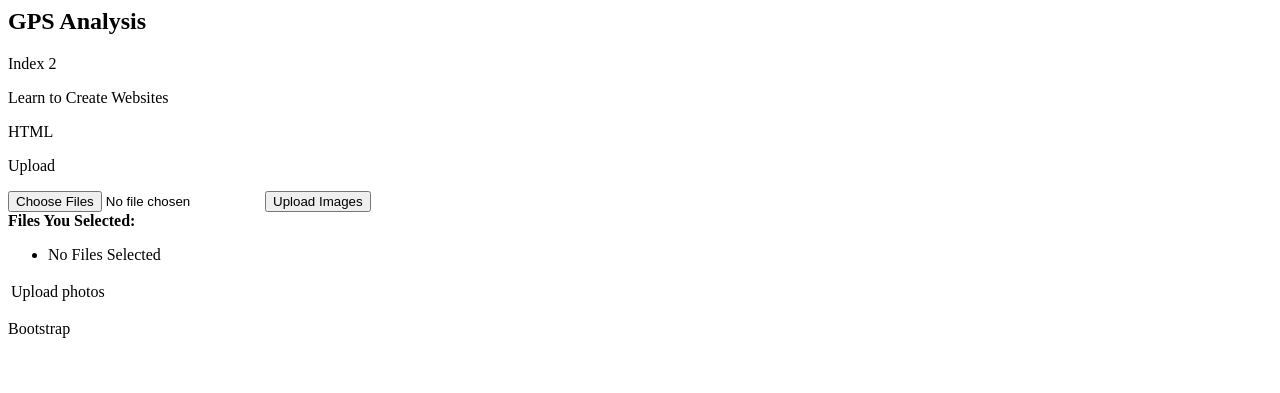
Repository: hanjangchen/Raspberry
Page: prjGAEGPSAnalysis/prjGPSAnalysis/src/static/my_ng_templates/desktop/index_2.html
The author's editor kept a copy of each file at every save. The page is drawn from the files as they stood at one save, then again after the next save.
The browser window is 1280 px wide. The pictures show the whole page.

Above is the page before, as saved 2014-10-31 03:28:23.
Console error: ReferenceError: $ is not defined

After the next save:
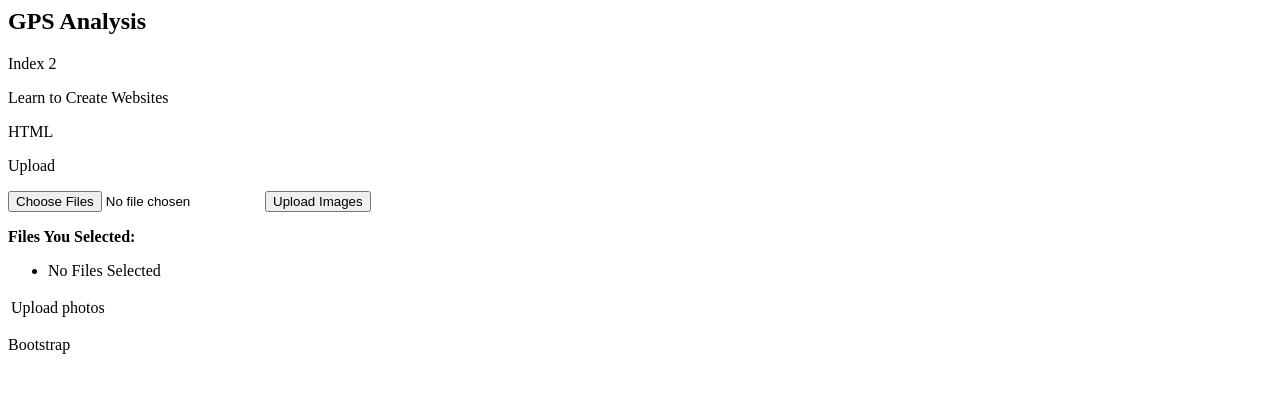
Saved 4 min 9 s later.
--- a/prjGAEGPSAnalysis/prjGPSAnalysis/src/static/my_ng_templates/desktop/index_2.html
+++ b/prjGAEGPSAnalysis/prjGPSAnalysis/src/static/my_ng_templates/desktop/index_2.html
@@ -18,13 +18,13 @@
 		<div class="col-xs-4 col-sm-4 col-md-4 col-lg-4">
 			<p>Upload</p>
 
-			<section>
+			<form action="/base/upload_img">
 
 				<input type="file" id="images_for_upload" name="images_for_upload"
 					multiple="true" value="Add Images" accept="image/*"
 					required="required"> <input type="submit"
 					value="Upload Images">
-			</section>
+			</form>
 			<section>
 				<strong>Files You Selected:</strong>
 				<ul id="files_list">

After the 3 saves that followed:
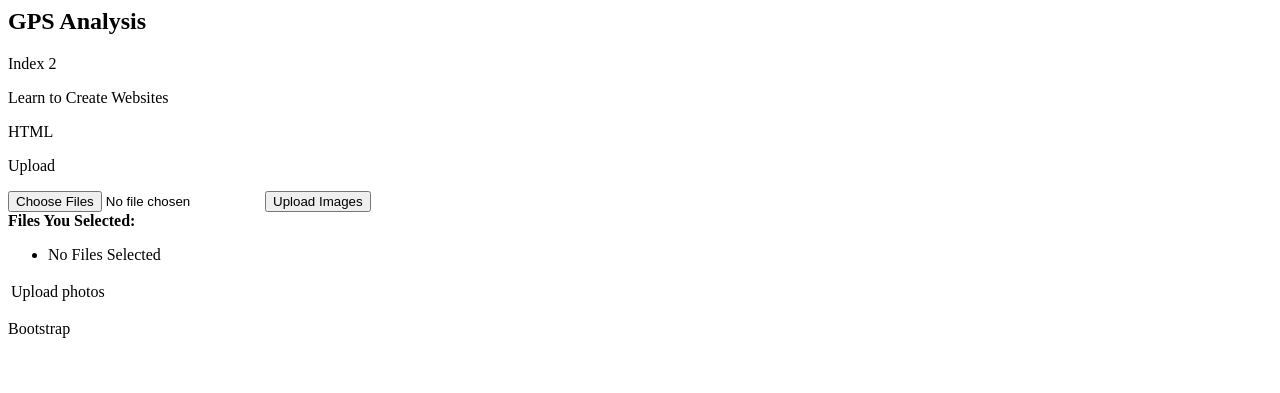
The 3 saves are shown as one change because 2 left the picture as it was.
The last was saved 14 min 6 s later.
--- a/prjGAEGPSAnalysis/prjGPSAnalysis/src/static/my_ng_templates/desktop/index_2.html
+++ b/prjGAEGPSAnalysis/prjGPSAnalysis/src/static/my_ng_templates/desktop/index_2.html
@@ -18,13 +18,13 @@
 		<div class="col-xs-4 col-sm-4 col-md-4 col-lg-4">
 			<p>Upload</p>
 
-			<form action="/base/upload_img">
+			<section>
 
 				<input type="file" id="images_for_upload" name="images_for_upload"
 					multiple="true" value="Add Images" accept="image/*"
-					required="required"> <input type="submit"
+					required="required"> <input type="button" id="btn_upload"
 					value="Upload Images">
-			</form>
+			</section>
 			<section>
 				<strong>Files You Selected:</strong>
 				<ul id="files_list">
@@ -33,10 +33,8 @@
 			</section>
 			<section>
 				<table id="photo_table">
-					<tr>
-						<td id="addbirdphoto">Upload photos</td>
-					</tr>
-				</table>
+				<tr><td id="addbirdphoto">Upload photos</td></tr>
+			</table>
 			</section>
 		</div>
 		<div class="col-xs-4 col-sm-4 col-md-4 col-lg-4">
@@ -90,13 +88,14 @@
 					});
 
 	$('#btn_upload').click(function() {
-		if (imgs_for_upload.length > 0) {
-			var data = new FormData();
-			data.append("images_for_upload", imgs_for_upload);
+		if (imgs_for_upload.length > 0){
+			var data=new FormData();
+			data.append("images_for_upload",imgs_for_upload);
 
 			//
 			send_imgs(data);
-		} else {
+		}
+		else{
 			alert('No data for upload');
 		}
 	});
@@ -105,22 +104,21 @@
 		alert('upload imgs');
 
 		$.ajax({
-			url : '/base/upload_img',
-			data : filedata,
-			cache : false,
-			contentType : false,
-			processData : false,
-			type : 'POST',
-			success : function(receiveddata) {
-				var data = JSON.parse(receiveddata);
-				imagelinks = data['img_urls'];
-				for ( var i = 0; i < imagelinks.length; i++) {
-					$('#photo_table').append(
-							'<tr><td><img src='+imagelinks[i]+'/></td></tr>');
-				}
-			}
-		});
+	    	url: '/base/upload_img',
+	    	data: filedata,
+	    	cache: false,
+	    	contentType: false,
+	   	    processData: false,
+	    	type: 'POST',
+	    	success: function(receiveddata){
+	    		var data=JSON.parse(receiveddata);
+	    		imagelinks=data['img_urls'];
+	    		for(var i=0;i<imagelinks.length;i++){
+	        	$('#photo_table').append('<tr><td><img src='+imagelinks[i]+'/></td></tr>');
+	        }
+	        }
+			});
 
-	}
+		}
 //-->
 </script>
